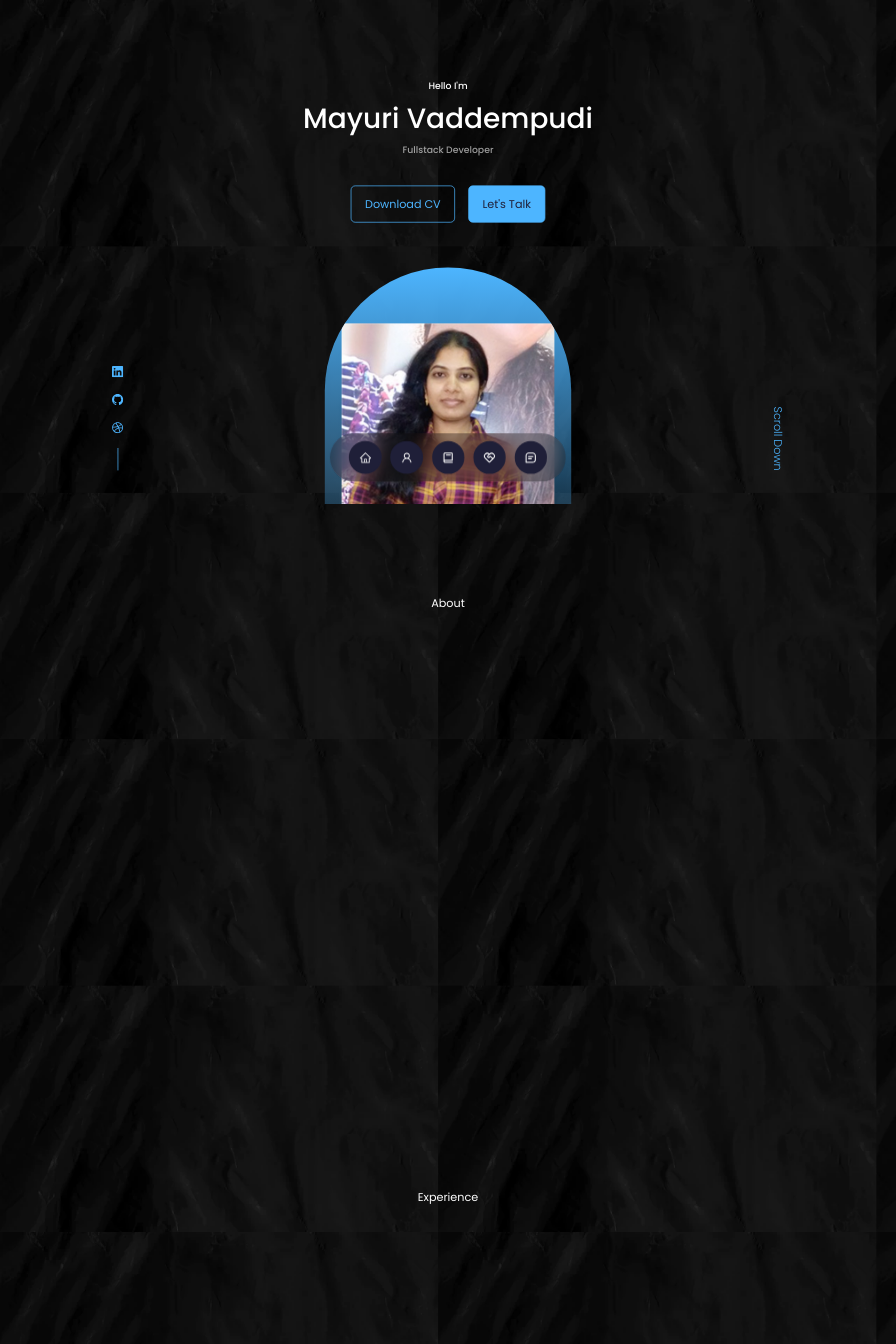
Repository: mayuri2018/Mr_react_portfolio
Page: /
These files come from the project's save history. The page is drawn as it stood at one moment and after the next save; the edit follows.
The browser window is 1280 px wide. The pictures show the part of the page from y = 0 to 1920 px (the page is 5835 px tall), at 70% of full size.
The project was rebuilt for these pictures with package versions that can differ from the ones it lists, and the page was loaded fresh each time. Also part of the build but not shown: src/components/about/about.css, src/components/experience/experience.css, src/components/services/services.css, src/components/portfolio/portfolio.css, src/components/testimonials/testimonials.css, src/components/contact/contact.css, src/components/footer/footer.css.

Above is the page before, as saved 2023-01-25 12:55:48.

After the next save:
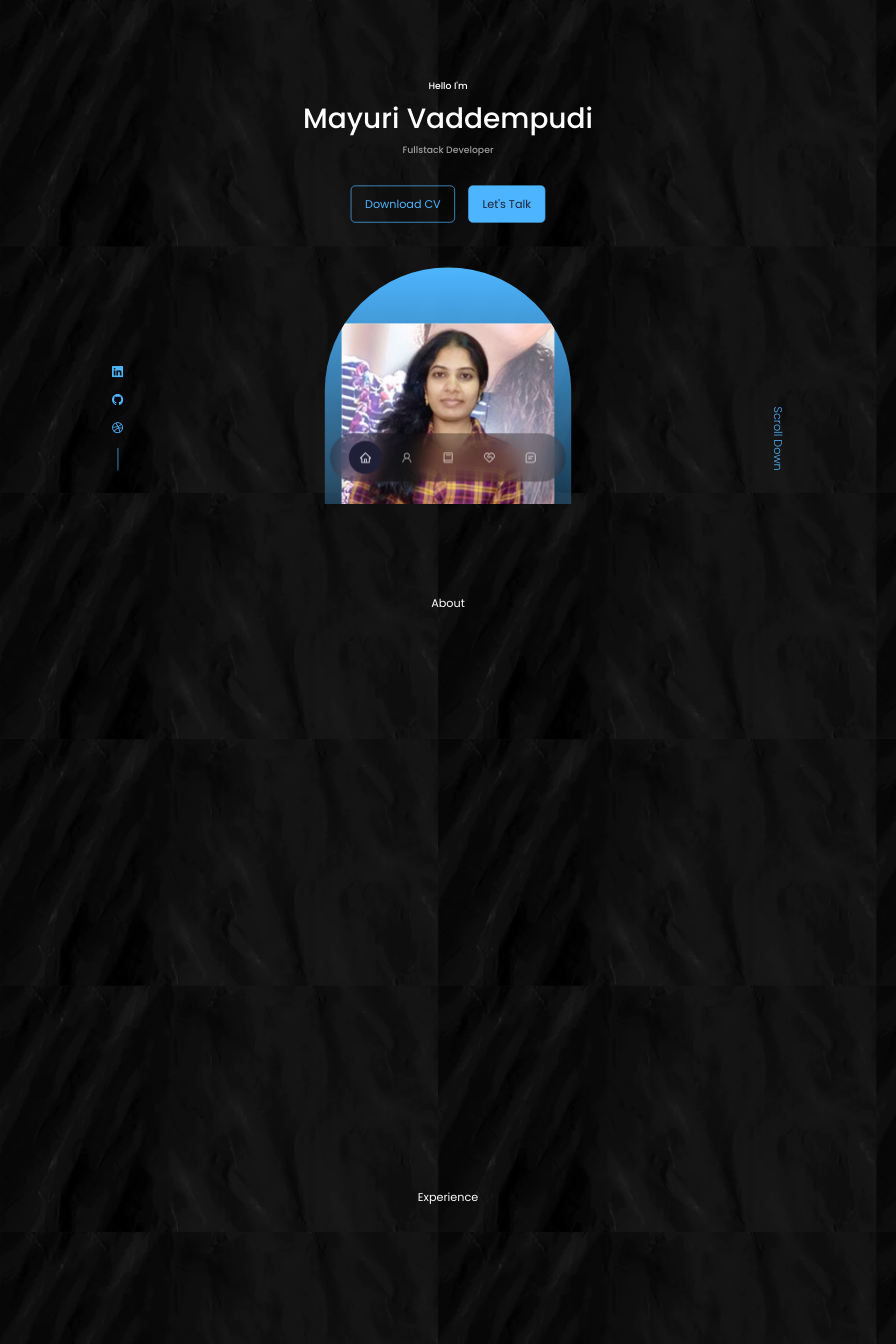
Saved 115 s later.
--- a/src/components/nav/Nav.jsx
+++ b/src/components/nav/Nav.jsx
@@ -12,10 +12,10 @@ export default function Nav(){
     return(
         <nav>
             <a href="#" onClick = {()=> setActiveNav("#")}className={activeNav === "#" ? "active" : ""}><AiOutlineHome/></a>
-            <a href="#about" onClick = {()=> setActiveNav("about")}className={activeNav === "#" ? "active" : ""}><AiOutlineUser/></a>
-            <a href="#experience" onClick = {()=> setActiveNav("experience")}className={activeNav === "#" ? "active" : ""}><BiBook/></a>
-            <a href="#services" onClick = {()=> setActiveNav("services")}className={activeNav === "#" ? "active" : ""}><RiServiceLine/></a>
-            <a href="#contact" onClick = {()=> setActiveNav("contact")}className={activeNav === "#" ? "active" : ""}><BiMessageSquareDetail/></a>
+            <a href="#about" onClick = {()=> setActiveNav("about")}className={activeNav === "#about" ? "active" : ""}><AiOutlineUser/></a>
+            <a href="#experience" onClick = {()=> setActiveNav("experience")}className={activeNav === "#experience" ? "active" : ""}><BiBook/></a>
+            <a href="#services" onClick = {()=> setActiveNav("services")}className={activeNav === "#services" ? "active" : ""}><RiServiceLine/></a>
+            <a href="#contact" onClick = {()=> setActiveNav("contact")}className={activeNav === "#contact" ? "active" : ""}><BiMessageSquareDetail/></a>
         </nav>
 
     )
